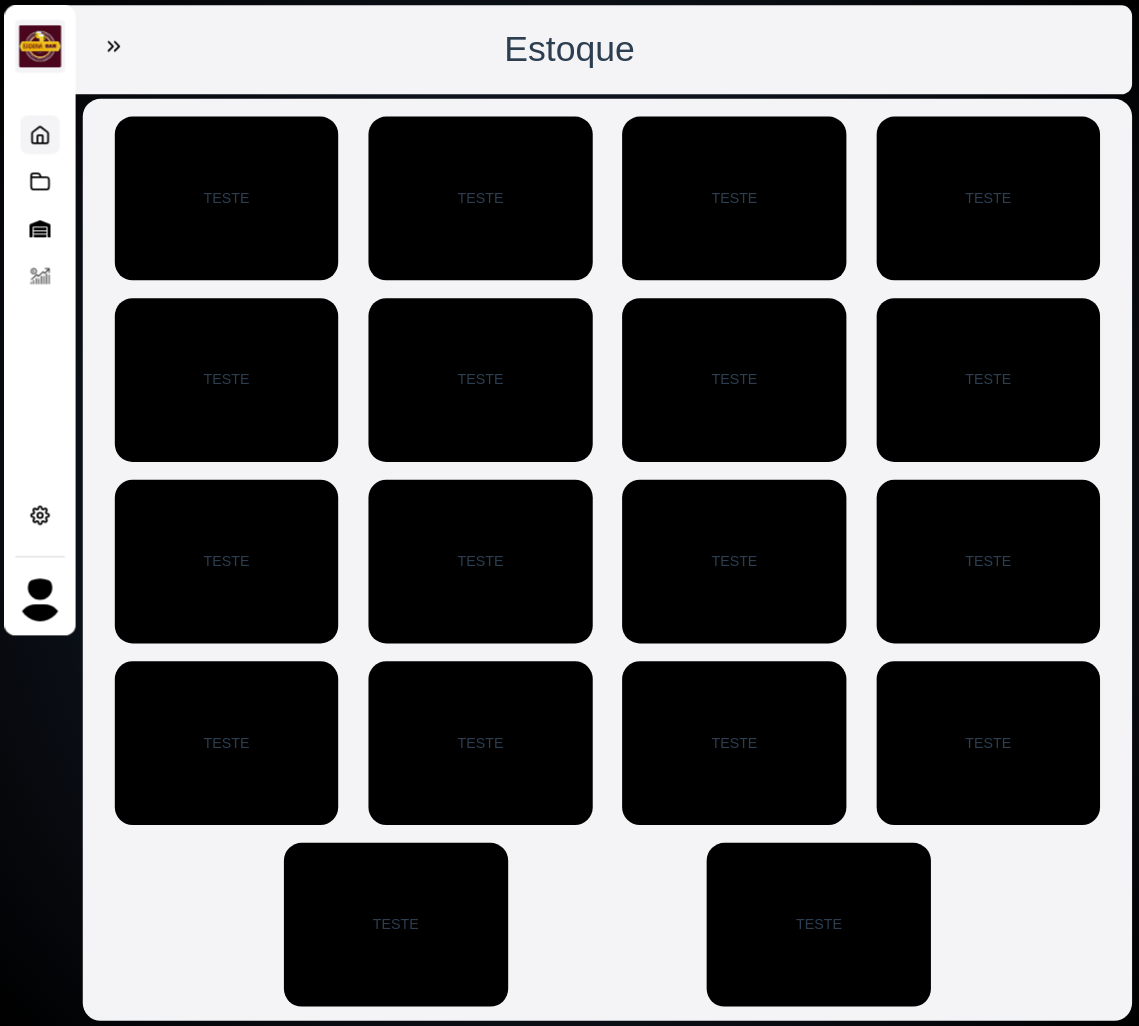
Repository: jazaoo13/Projeto_Oficina_Integracao
Page: / (app in Aplicacao_vue/)
These files come from the project's save history. The page is drawn as it stood at one moment and after the next save; the edit follows.
The browser window is 1280 px wide. The pictures show the whole page, at 89% of full size.
The page's requests for data from a server got no answer. The project was rebuilt for these pictures with package versions that can differ from the ones it lists, and the page was loaded fresh each time. No one was signed in, and anything a server would have sent is missing. Also part of the build but not shown: Aplicacao_vue/vue.config.js, Aplicacao_vue/src/View/jazao.vue.

Above is the page before, as saved 2023-11-19 16:50:41.

### Aplicacao_vue/public/index.html
<!DOCTYPE html>
<html lang="">
  <head>
    <meta charset="utf-8">
    <meta name="viewport" content="width=device-width, initial-scale=1">
    <meta http-equiv="X-UA-Compatible" content="IE=edge">
    <meta name="viewport" content="width=device-width,initial-scale=1.0">
    <link rel="icon" href="<%= BASE_URL %>favicon.ico">
    <link href="https://cdn.jsdelivr.net/npm/bootstrap@5.3.2/dist/css/bootstrap.min.css" rel="stylesheet" integrity="sha384-T3c6CoIi6uLrA9TneNEoa7RxnatzjcDSCmG1MXxSR1GAsXEV/Dwwykc2MPK8M2HN" crossorigin="anonymous">
    <title>Controle de Bebidas</title>
  </head>
  <body>
    <script src="https://cdn.jsdelivr.net/npm/bootstrap@5.3.2/dist/js/bootstrap.bundle.min.js" integrity="sha384-C6RzsynM9kWDrMNeT87bh95OGNyZPhcTNXj1NW7RuBCsyN/o0jlpcV8Qyq46cDfL" crossorigin="anonymous"></script>
    <div id="app"></div>
    <!-- built files will be auto injected -->
  </body>
</html>

### Aplicacao_vue/src/main.js
import Vue from 'vue'
import App from './App.vue'
import {BootstrapVue, IconsPlugin} from 'bootstrap-vue';
import 'font-awesome/css/font-awesome.css';
import 'bootstrap-vue/dist/bootstrap-vue.css'
import 'bootstrap/dist/css/bootstrap.css'
import router from './router'
import Vuex from 'vuex'
import store from './store'

Vue.config.productionTip = false
Vue.use(BootstrapVue);
Vue.use(IconsPlugin);
Vue.use(Vuex);

new Vue({
  router,
  store,
  render: h => h(App)
}).$mount('#app')

### Aplicacao_vue/src/router/index.js
import Vue from 'vue'
import VueRouter from 'vue-router'
import Home from '../View/Home.vue'
import jazao_component from '../View/jazao.vue'
Vue.use(VueRouter)

const routes = [
  {
    path: '/',
    name: 'home',
    component: Home
  },
  {
    path: '/jazao',
    name: 'Jazao',
    component: jazao_component
    //component: () => import(/* webpackChunkName: "about" */ '../View/HomeTeste.vue')
  },

]

const router = new VueRouter({
  mode: 'history',
  base: process.env.BASE_URL,
  routes
})

export default router

### Aplicacao_vue/src/store.js
import Vue from 'vue'
import Vuex from 'vuex'

Vue.use(Vuex)

const store = new Vuex.Store({
    data(){
        return{
            isActive: false
        }
    },
    state: {
        count: 0,
        isActive: false
    },
    mutations: {
        increment(state) {
            state.count++
        },
        setIsActive(state){
            state.isActive = !state.isActive
        }
    },

})
export default store

### Aplicacao_vue/src/View/Home.vue
<template>
    <div class="bodyClass">
        <div class="container-fluid">
            <div class="row">
                <Sidebar></Sidebar>
            </div>
            <div class="content-container">
                <HeaderPage></HeaderPage>
                <EstoqueView></EstoqueView>
            </div>
        </div>

    </div>
</template>

<script>
import axios from 'axios';
import Sidebar from './Sidebar.vue';
import HeaderPage from './Header.vue'
import EstoqueView from '../components/EstoqueView.vue'
export default {
    name: 'HomePage',
    components: {
        Sidebar,
        HeaderPage,
        EstoqueView
    },
    data() {
        return {
            lstApi: '',
        };
    },
    methods: {
        chamar_api() {
            let url = 'https://catfact.ninja/fact';
            axios
                .get(url, {

                })
                .then((resposta) => {
                    this.lstApi = resposta
                })
                .catch((erro) => console.log(erro));
        },
    },
    mounted() {
        this.chamar_api()
    },
};
</script>

<style lang="scss" scoped>
.bodyClass {
    background: radial-gradient(circle at 50% 50%, #192233 20%, #000);
    padding: 0.375rem;
    font-family: Poppins, sans-serif;
    display: flex;
}
.container-fluid {
  flex: 1;
  display: flex;
  flex-direction: column;
  padding-right: 2px;
  padding-left: 2px;
}
.row {
  display: flex;
  flex: 1;
}
.content-container {
  display: flex;
  flex-direction: column;
  flex: 1500;
}
</style>

### Aplicacao_vue/src/View/Sidebar.vue
<template>
    <div>
        <nav class="sideBar" :class="{ 'isActive': this.$store.state.isActive }">
            <div class="sidebar-header" :class="{ 'isActive': this.$store.state.isActive }">
                <a class="logo-wrapper">
                    <img src="@/assets/logo_esquina.png" alt="Logo" :class="{ 'isActive': this.$store.state.isActive }">
                    <h2 :class="{ 'isActive': this.$store.state.isActive }">Bar da Esquina</h2>
                </a>
                <button class="toggle-btn" @click="toggle()">
                    <img src="../assets/expand.svg" alt="expand button">
                </button>
            </div>

            <div class="sidebar-links" :class="{ 'isActive': this.$store.state.isActive }">
                <a class="link active">
                    <img src="../assets/home.svg" alt="">
                    <span :class="{ 'isActive': this.$store.state.isActive }">Home</span>
                </a>
                <a class="link">
                    <img src="../assets/projects.svg" alt="">
                    <span :class="{ 'isActive': this.$store.state.isActive }">Cadastro</span>
                </a>
                <a class="link">
                    <img src="../assets/estoque.svg" alt="">
                    <span :class="{ 'isActive': this.$store.state.isActive }">Estoque</span>
                </a>
                <a class="link">
                    <img src="../assets/vendas.png" alt="">
                    <span :class="{ 'isActive': this.$store.state.isActive }">Vendas</span>
                </a>
            </div>


            <div class="sidebar-bottom" :class="{ 'isActive': this.$store.state.isActive }">
                <div class="sidebar-links" :class="{ 'isActive': this.$store.state.isActive }">
                    <a class="link">
                        <img src="../assets/settings.svg" alt="">
                        <span :class="{ 'isActive': this.$store.state.isActive }">Configurações</span>
                    </a>
                </div>

                <div class="user-profile" :class="{ 'isActive': this.$store.state.isActive }">
                    <div class="user-avatar">
                        <img src="../assets/user.svg" alt="">
                    </div>
                    <div class="user-details" :class="{ 'isActive': this.$store.state.isActive }">
                        <p class="username">Usuario</p>
                        <p class="user-email">email@gmail.com</p>
                    </div>
                </div>
            </div>
        </nav>
    </div>
</template>

<script>
import { mapState } from 'vuex'
export default {
    name: "SiderBar",
    components: {
    },
    data() {
        return {
            //isActive:false,
            // imagens:{
            //     imagem1: url=''
            // }
            //array de objetos para os botoes laterais
        }
    },
    methods: {
        Abre_Cadastro() {

        },
        computed: {
            ...mapState(['isActive'])

        },
        toggle() {
            this.$store.commit('setIsActive');

            const toggleBtn = document.querySelector(".toggle-btn");
            toggleBtn.style.transform = this.$store.state.isActive ? "rotate(180deg)" : "rotate(0deg)";
        },
    },
    mounted() {

    },
}
</script>


<style lang="scss">
*,
*::before,
*::after {
    margin: 0;
    padding: 0;
    box-sizing: border-box;
}

button,
a {
    all: unset;
    font: inherit;
    cursor: pointer;
    text-decoration: none !important;
}

a:hover {
    color: inherit !important;
}

.sideBar {
    position: fixed;
    width: 5rem;
    height: calc(100% - 0.75rem);
    background-color: #ffffff;
    padding: 1rem 0.75rem;
    border-radius: 0.75rem;
    display: flex;
    flex-direction: column;
    transition: width 500ms ease;

    &.isActive {
        width: 15rem;
    }
}

h2 {
    display: none;

    &.isActive {
        display: inline;
        font-size: 1.5rem;
    }
}

.sidebar-header,
.sidebar-links {
    display: flex;
    justify-content: center;
    align-items: center;
    overflow: hidden;
    flex-direction: column;
    &.isActive {
        justify-content: start;
        align-items: stretch;
    }
}
.sidebar-links {
    flex-direction: column;
    margin-bottom: auto;
    gap: 0.6rem;
    padding-bottom: 1.5rem;
    padding-top: 1.5rem;
}
.sidebar-header {
    margin-bottom: 1.5rem;
    &.isActive {
        justify-content: start;
        align-items: stretch;
    }
}

.logo-wrapper {
    display: flex;
    justify-content: start;
    align-items: center;
    gap: 1.25rem;
    text-decoration: none !important;
}

a.logo-wrapper:hover {
    color: inherit !important;
}

.logo-wrapper>img {
    width: 60px;
    height: 60px;
    background-color: #f4f4f6;
    padding: 0.4rem;
    border-radius: 0.5rem;

    &.isActive {
        width: 100px;
        height: 100px;
    }
}

.sideBar.sidebar-links {
    border-top: 1px solid rgb(211, 211, 211);
}

.link {
    display: flex;
    padding: 0.6rem;
    border-radius: 0.5rem;
    gap: 1.5rem;
}

span {
    display: none;

    &.isActive {
        display: inline;
    }
}

.link:hover,
.link.active:hover {
    background-color: #e4e4e8;
}

.link.active {
    background-color: #f4f4f6;
}

.link>img {
    width: 24px;
    height: 24px;
}

.sidebar-bottom .sidebar-links {
    padding-bottom: 1.5rem;
}

.toggle-btn {
    position: absolute;
    top: 26px;
    right: -63px;
    padding: 0.5rem;
    background-color:var(--bs-heading-color);
    border-radius: 50%;
    display: flex;
    justify-content: center;
    align-items: center;
    transition: transform 0.25s ease;
}

.user-profile {
    display: flex;
    justify-content: center;
    align-items: center;
    gap: 1.5rem;
    padding-top: 1.5rem;
    border-top: 1px solid rgb(211, 211, 211);

    &.isActive {
        justify-content: start;
        align-items: stretch;
    }
}

.user-avatar {
    width: 48px;
    height: 48px;
    cursor: pointer;
    transition: scale 0.2s ease;
}

.user-avatar img {
    width: 100%;
    height: 100%;
    border-radius: 50%;
    object-fit: cover;
}

.user-avatar:hover {
    scale: 1.1;
}

.user-details {
    align-self: center;
    overflow: hidden;
    display: none;

    .username {
        font-size: 0.85rem;
        font-weight: 600;
    }

    .user-email {
        font-size: 0.8rem;
    }

    &.isActive {
        display: inline;
    }

}</style>

### Aplicacao_vue/src/View/Header.vue
<template>
    <div>
        <div class="header" :class="{ 'isActive': this.$store.state.isActive }">
        <h1 class="titulo">Estoque</h1>
        </div>
    </div>
</template>

<script>
import { mapState } from 'vuex'
export default {
    name: "HeaderPage",
    data() {
        return {
            //isActive: false,
        }
    },
    computed: {
        ...mapState(['isActive'])

    },
}
</script>

<style lang="scss" scoped>
.header {
    //width: calc(100% - 85px);
    background-color: #f4f4f6;
    border-radius: 0.75rem;
    height: 100px;
    margin-left:auto;
    transition: width 500ms ease ;
    &.isActive{
        //width:calc(100% - 245px);
        transition: width 500ms ease ;
    }
}
.titulo{
    height: 100%;
    padding-top: 1.5rem;
}

// .header{

// }
</style>

### Aplicacao_vue/src/components/EstoqueView.vue
    <template>
    <div class="row"  :class="{ 'isActive': this.$store.state.isActive }">
            <ul class="teste">
                <li class="items">TESTE</li>
                <li class="items">TESTE</li>
                <li class="items">TESTE</li>
                <li class="items">TESTE</li>
                <li class="items">TESTE</li>
                <li class="items">TESTE</li>
                <li class="items">TESTE</li>
                <li class="items">TESTE</li>
                <li class="items">TESTE</li>
                <li class="items">TESTE</li>
                <li class="items">TESTE</li>
                <li class="items">TESTE</li>
                <li class="items">TESTE</li>
                <li class="items">TESTE</li>
                <li class="items">TESTE</li>
                <li class="items">TESTE</li>
                <li class="items">TESTE</li>
                <li class="items">TESTE</li>
            </ul>
    </div>
</template>

<script>

import { mapState } from 'vuex'
    export default {
        name:"EstoqueView",
        methods: {
        computed: {
            ...mapState(['isActive'])
        }
    },
    }
</script>

<style lang="scss" scoped>
.row{
    background-color: #f4f4f6;
    width: calc(100% - 85px);
    margin-left: auto;
    border-radius: 20px;
    margin-top: 5px;
    margin-right:0px;
    height: calc(100% - 10px);
    transition: width 500ms ease ;
    &.isActive{
        width:calc(100% - 245px);
        transition: width 500ms ease ;
    }
}
.items{
    background-color: black;
    padding: 80px 100px;
    margin: 20px 10px 0px;
    border-radius: 20px;
    list-style-type: none;
}
.teste{
    display: flex;
    flex-direction: row;
    justify-content:space-evenly ;
    flex-wrap: wrap;
    flex-grow: 2;
}
</style>

Loaded but not shown: Aplicacao_vue/src/App.vue (common file)

After the next save:
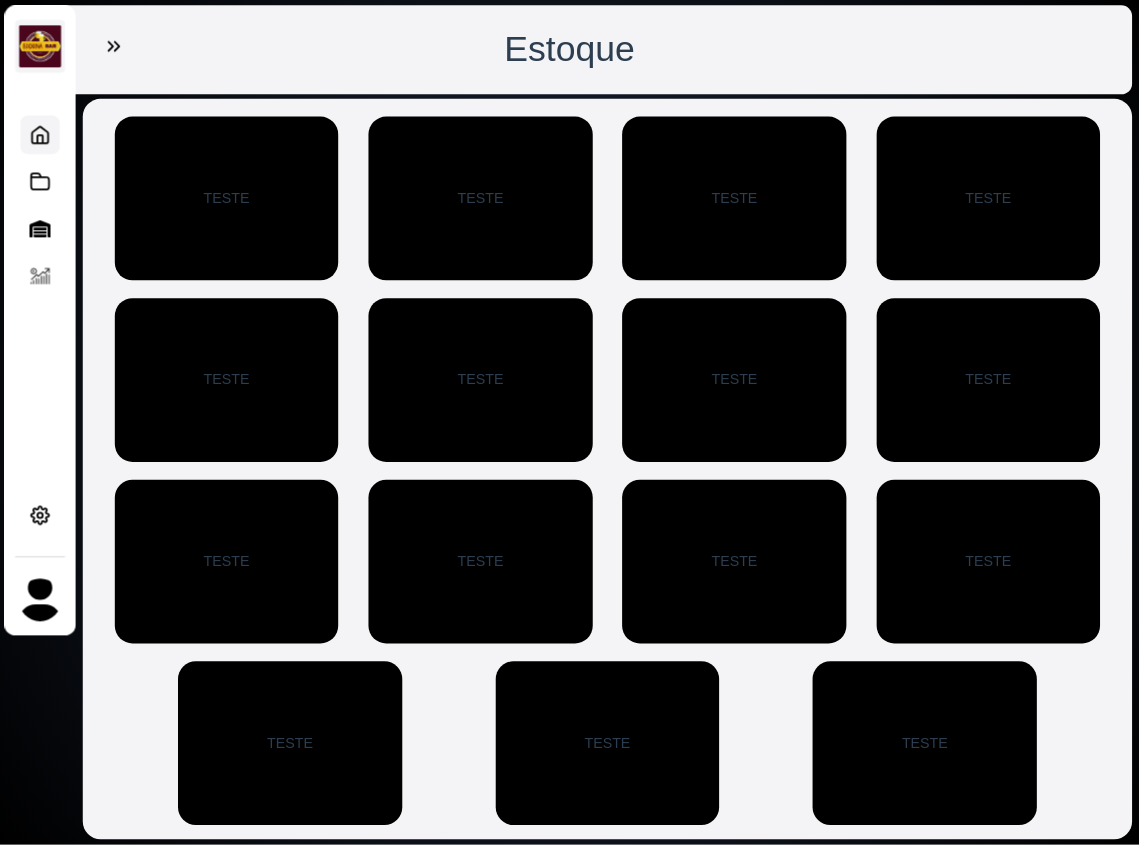
Saved 49 s later.
--- a/Aplicacao_vue/src/components/EstoqueView.vue
+++ b/Aplicacao_vue/src/components/EstoqueView.vue
@@ -16,9 +16,9 @@
                 <li class="items">TESTE</li>
                 <li class="items">TESTE</li>
                 <li class="items">TESTE</li>
+                <!-- <li class="items">TESTE</li>
                 <li class="items">TESTE</li>
-                <li class="items">TESTE</li>
-                <li class="items">TESTE</li>
+                <li class="items">TESTE</li> -->
             </ul>
     </div>
 </template>
